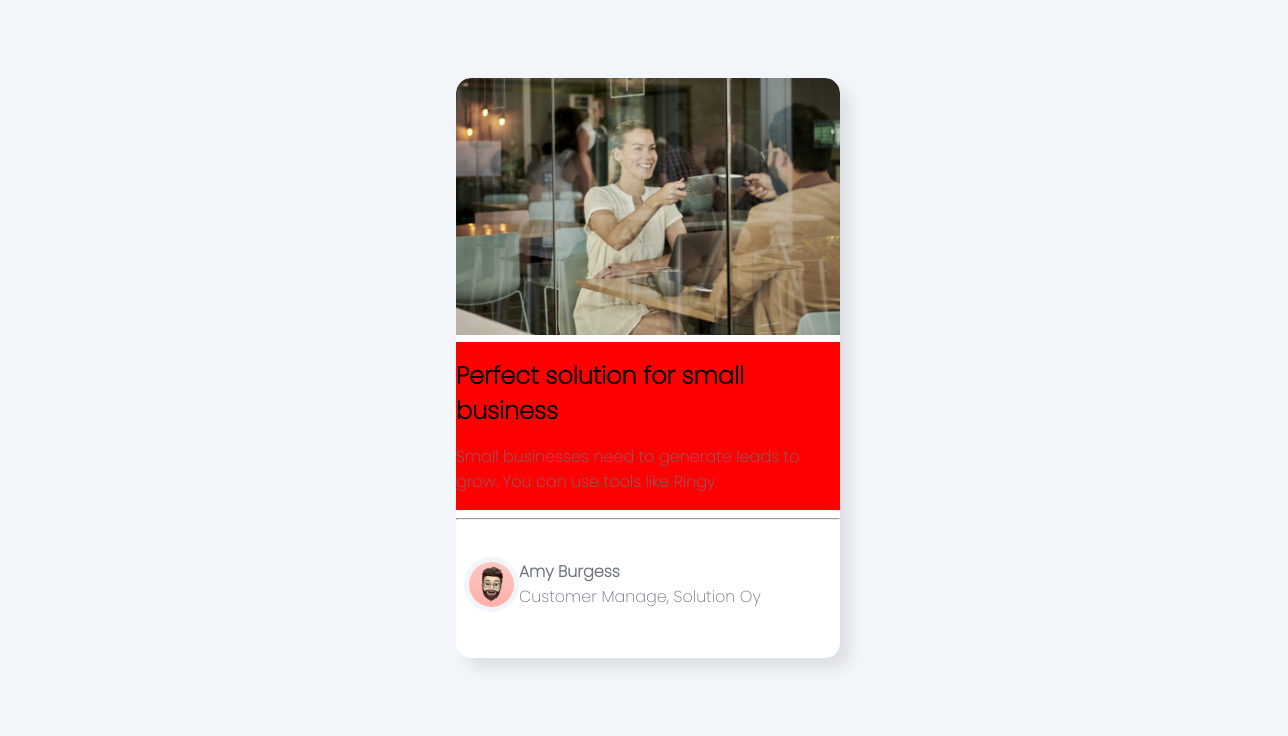
Repository: massndongo/business-blog-card
Page: index.html
These files come from the project's save history. The page is drawn as it stood at one moment and after the next save; the edit follows.
The browser window is 1280 px wide. The page is 1288 px wide, so the pictures cover 1288 px, including what lies to the right of the window. The pictures show the whole page.

Above is the page before, as saved 2023-11-08 05:18:47.

### index.html
<!DOCTYPE html>
<html lang="en">
<head>
    <meta charset="UTF-8">
    <meta name="viewport" content="width=device-width, initial-scale=1.0">
    <link rel="stylesheet" href="css/styles.css">
    <title>Responsive Web Developer Starter - devchallenges.io</title>
    <link rel="icon" href="images/favicon.ico" type="image/x-icon" sizes="any">
</head>
<body>
    <div class="card">
        <img src="images/hero-image-business-card.png" alt="" srcset="">
        <div class="card-body">
            <h1 class="title">Perfect solution for small business</h1>
            <p class="corps">Small businesses need to generate leads to grow. You can use tools like Ringy.</p>
        </div>
        <hr>
        <div class="card-footer">
            <img src="images/avatar-image-business-card.png" alt="" srcset="">
            <div>
                <span id="name">Amy Burgess</span><br>
                <span id="profil">Customer Manage, Solution Oy</span>
            </div>
        </div>
    </div>
</body>
</html>

### css/styles.css
@import url('https://fonts.googleapis.com/css2?family=Poppins:wght@200&display=swa');

* {
    box-sizing: border-box;
    font-family: 'Poppins', sans-serif;
    overflow: hidden;
}

/* Add some styles for body*/
body {
    width: 100%;
    height: 100vh;
    background-color: #F2F5F9;
    display: flex;
    justify-content: center;
    align-items: center;

}

.card{
    position: relative;
    flex-direction: column;
    background-color: #FFFFFF;
    box-shadow: 10px 10px 15px 0px rgba(0, 0, 0, 0.09);
    width: 30%;
    height: auto;
    border-radius: 15px;
}
.card img{
    width: 100%;
    /* border-radius: 10px; */
    border-radius: 15px 15px 0 0;
}
.card-body{
    background-color: red;

}
.title{
    font-size: 24px;

}
.corps{
    font-size: 16px;

}
.card-footer{
    display: flex;
    margin-top: 10%;
    margin-bottom: 10%;
    padding: 2%;
    align-items: center;
    position: relative;
    font-size: 16px;
}
.card-footer img{
    width: 15%;
    border-radius: 50%;
    border: 5px solid #F2F5F9;
}
.card-footer #name{
    font-weight: bolder;
}
.corps, .card-footer, hr{
    color: #6C727F
}
hr{
    width: 100%;
    height: 1px;
    position: absolute;
    left: 0;
    right: 0;
    background-color: #6c727f85;
}

@media screen and (max-width: 768px) {
    .card {
        width: 90%;
    }
}

After the next save:
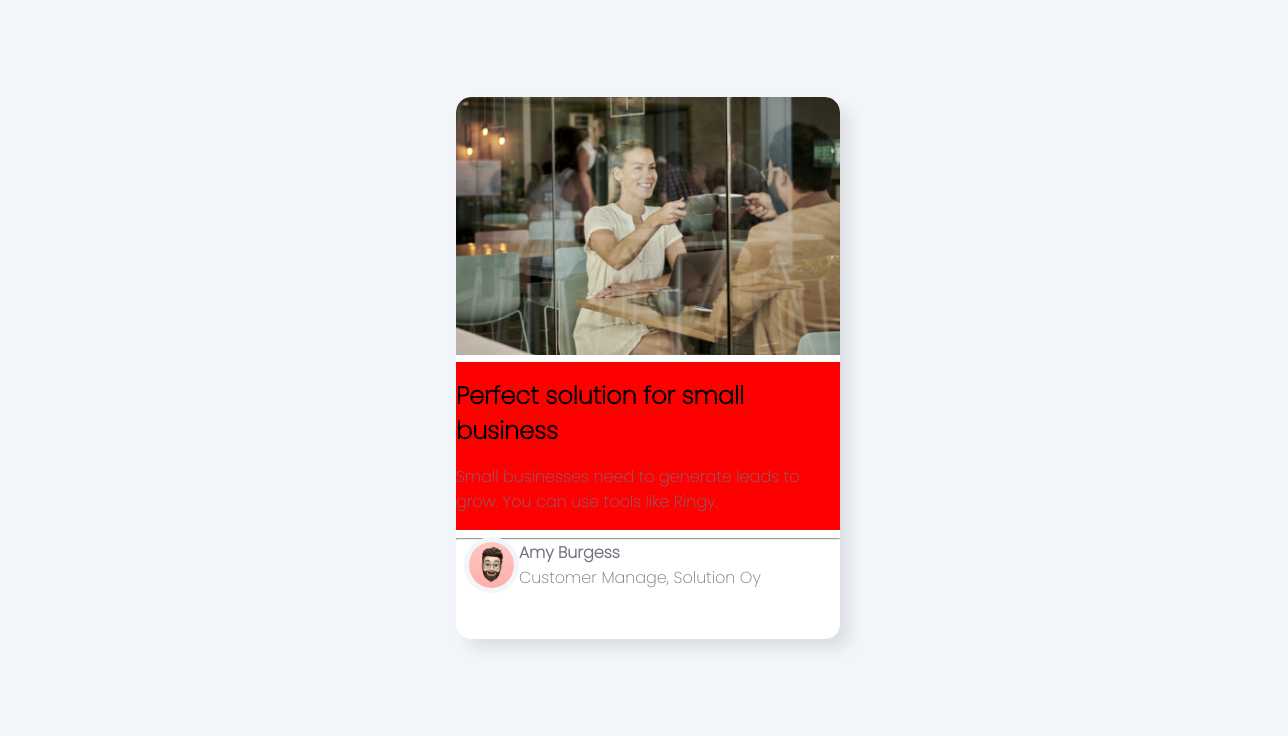
Saved 48 s later.
--- a/css/styles.css
+++ b/css/styles.css
@@ -45,7 +45,6 @@ body {
 }
 .card-footer{
     display: flex;
-    margin-top: 10%;
     margin-bottom: 10%;
     padding: 2%;
     align-items: center;
